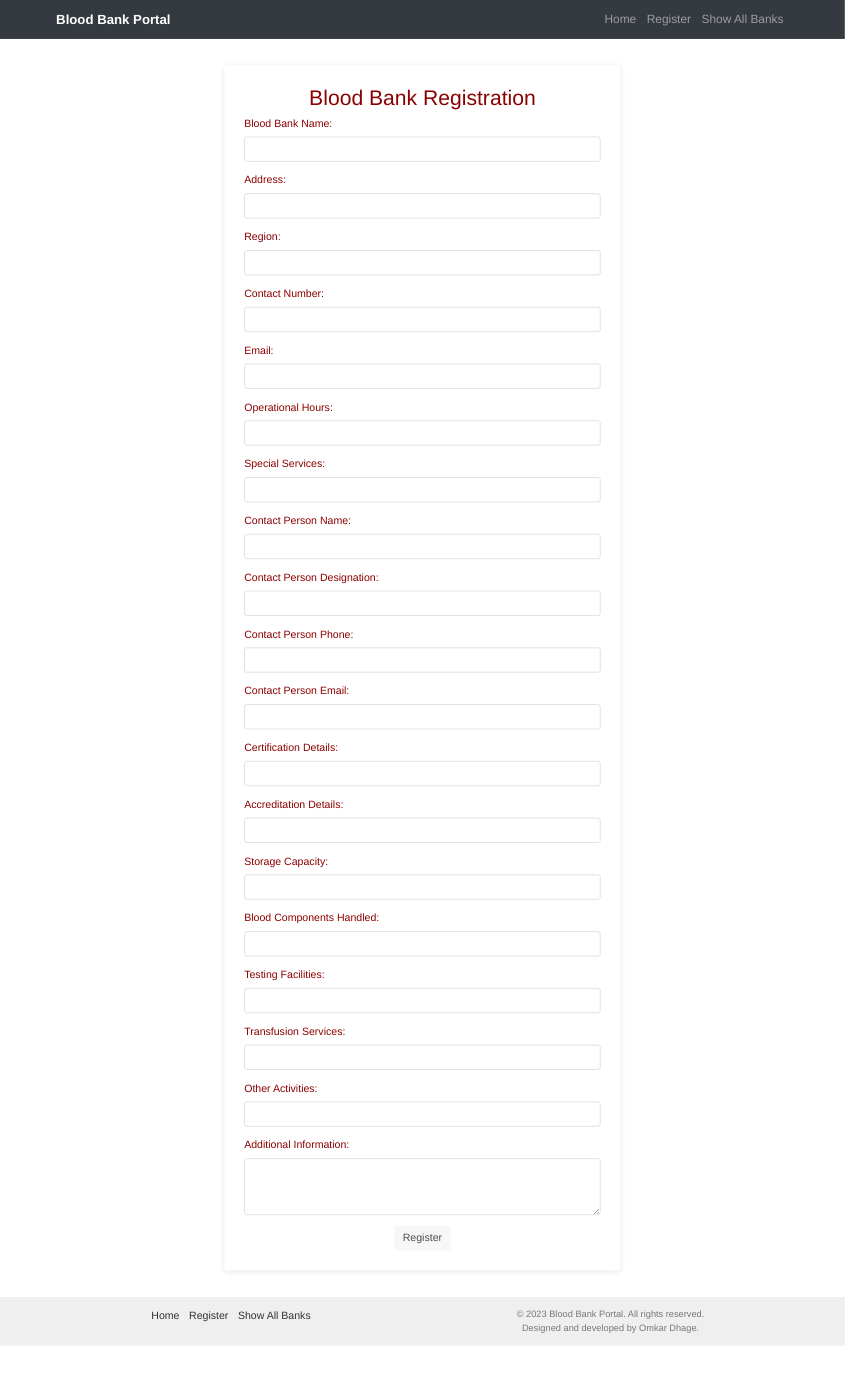
Repository: omi4535/Decentralized_Blood_Bank_System
Page: http://localhost/blood_bank_system/registration.jsp
These files come from the project's save history. The page is drawn as it stood at one moment and after the next save; the edit follows.
The browser window is 1280 px wide. The pictures show the whole page, at 66% of full size.
Some web libraries are served in a nearby version. The page is served by Tomcat 9. Other server files are loaded and not shown.

Above is the page before, as saved 2023-07-03 10:30:24.

### blood bank system/src/main/webapp/registration.jsp
<%@ page language="java" contentType="text/html; charset=UTF-8"
	pageEncoding="UTF-8"%>
<!DOCTYPE html>
<html lang="en">

<head>
<meta charset="UTF-8">
<meta name="viewport" content="width=device-width, initial-scale=1.0">
<title>Blood Bank Registration</title>
<link rel="stylesheet"
	href="https://stackpath.bootstrapcdn.com/bootstrap/4.5.0/css/bootstrap.min.css">
<style>
body {
	background-color: #F5F5F5;
}

.form_regi {
	color: #8B0000;
}

.containe {
	max-width: 600px;
	margin: 40px auto;
	padding: 30px;
	border-radius: 5px;
	box-shadow: 0px 2px 10px rgba(0, 0, 0, 0.1);
}

h2 {
	margin-bottom: 30px;
	text-align: center;
}

.custom-button {
    background-color: #F5F5F5;
    color: #fff;
    border: none;
    padding: 10px 20px;
    font-size: 16px;
    transition: background-color 0.3s ease;
}

.custom-button:hover {
    background-color: #0056b3;
    cursor: pointer;
}

.custom-button:not(:hover) {
    background-color: #F5F5F5;
    opacity: 0.7;
    cursor: default;
    color: #000; /* Change text color to black */
}

.btn-register {
	background-color: #000000;
	color: #fff;
	border: none;
	padding: 10px 20px;
	font-size: 16px;
	transition: background-color 0.3s ease;
}

.btn-register:hover {
	background-color: #c82333;
	color:#ffffff
}

.btn-back{
background-color: #6c2020;
}
.form {
	background-color: #D50000;
}
</style>
</head>

<body>

<%@ include file="NavBar.jsp"%>

	<div class="containe">
		<div class="form_regi">
			<h2>Blood Bank Registration</h2>
			<form method="post" action="register">
				<div class="form-group">
					<label for="name">Blood Bank Name:</label> <input type="text"
						class="form-control" name="name" required>
				</div>
				<div class="form-group">
					<label for="address">Address:</label> <input type="text"
						class="form-control" name="address" required>
				</div>
				<div class="form-group">
					<label for="region">Region:</label> <input type="text"
						class="form-control" name="region" required>
				</div>
				<div class="form-group">
					<label for="contactNumber">Contact Number:</label> <input
						type="tel" class="form-control" name="contactNumber" required>
				</div>
				<div class="form-group">
					<label for="email">Email:</label> <input type="email"
						class="form-control" name="email" required>
				</div>
				<div class="form-group">
					<label for="operationalHours">Operational Hours:</label> <input
						type="text" class="form-control" name="operationalHours" required>
				</div>
				<div class="form-group">
					<label for="specialServices">Special Services:</label> <input
						type="text" class="form-control" name="specialServices" required>
				</div>
				<div class="form-group">
					<label for="contactPersonName">Contact Person Name:</label> <input
						type="text" class="form-control" name="contactPersonName" required>
				</div>
				<div class="form-group">
					<label for="contactPersonDesignation">Contact Person
						Designation:</label> <input type="text" class="form-control"
						name="contactPersonDesignation" required>
				</div>
				<div class="form-group">
					<label for="contactPersonPhone">Contact Person Phone:</label> <input
						type="tel" class="form-control" name="contactPersonPhone" required>
				</div>
				<div class="form-group">
					<label for="contactPersonEmail">Contact Person Email:</label> <input
						type="email" class="form-control" name="contactPersonEmail"
						required>
				</div>
				<div class="form-group">
					<label for="certificationDetails">Certification Details:</label> <input
						type="text" class="form-control" name="certificationDetails"
						required>
				</div>
				<div class="form-group">
					<label for="accreditationDetails">Accreditation Details:</label> <input
						type="text" class="form-control" name="accreditationDetails"
						required>
				</div>
				<div class="form-group">
					<label for="storageCapacity">Storage Capacity:</label> <input
						type="number" class="form-control" name="storageCapacity" required>
				</div>
				<div class="form-group">
					<label for="bloodComponentsHandled">Blood Components
						Handled:</label> <input type="text" class="form-control"
						name="bloodComponentsHandled" required>
				</div>
				<div class="form-group">
					<label for="testingFacilities">Testing Facilities:</label> <input
						type="text" class="form-control" name="testingFacilities" required>
				</div>
				<div class="form-group">
					<label for="transfusionServices">Transfusion Services:</label> <input
						type="text" class="form-control" name="transfusionServices"
						required>
				</div>
				<div class="form-group">
					<label for="otherActivities">Other Activities:</label> <input
						type="text" class="form-control" name="otherActivities" required>
				</div>
				<div class="form-group">
					<label for="additionalInformation">Additional Information:</label>
					<textarea class="form-control" name="additionalInformation"
						rows="3"></textarea>
				</div>
				<div class="text-center">
					<button type="submit" class=" custom-button btn btn-register  btn-back">Register</button>
				</div>
			</form>
		</div>

	</div>

	<%@ include file="footer.jsp"%>


	<script src="https://code.jquery.com/jquery-3.5.1.slim.min.js"></script>
	<script
		src="https://cdn.jsdelivr.net/npm/@popperjs/core@2.5.3/dist/umd/popper.min.js"></script>
	<script
		src="https://stackpath.bootstrapcdn.com/bootstrap/4.5.0/js/bootstrap.min.js"></script>
</body>

</html>

### blood bank system/src/main/webapp/NavBar.jsp
<%@ page language="java" contentType="text/html; charset=UTF-8"
    pageEncoding="UTF-8"%>
<!DOCTYPE html>
<html>
<head>
    <meta charset="UTF-8">
    <meta name="viewport" content="width=device-width, initial-scale=1.0">
    <title>Blood Bank Portal</title>
    <link rel="stylesheet" href="https://maxcdn.bootstrapcdn.com/bootstrap/4.5.2/css/bootstrap.min.css">
    <style>
        .navbar-brand {
            font-weight: bold;
        }

        .navbar-nav .nav-link {
            font-size: 18px;
        }
    </style>
</head>
<body>
    <nav class="navbar navbar-expand-lg navbar-dark bg-dark">
        <div class="container">
            <a class="navbar-brand" href="index.jsp">Blood Bank Portal</a>
            <button class="navbar-toggler" type="button" data-toggle="collapse" data-target="#navbarNav" aria-controls="navbarNav" aria-expanded="false" aria-label="Toggle navigation">
                <span class="navbar-toggler-icon"></span>
            </button>
            <div class="collapse navbar-collapse" id="navbarNav">
                <ul class="navbar-nav ml-auto">
                    <li class="nav-item">
                        <a class="nav-link" href="#">Home</a>
                    </li>
                    <li class="nav-item">
                        <a class="nav-link" href="registration.jsp">Register</a>
                    </li>
                    <li class="nav-item">
                        <a class="nav-link" href="${pageContext.request.contextPath}/All_banks">Show All Banks</a>
                    </li>
                </ul>
            </div>
        </div>
    </nav>

</body>
</html>

### blood bank system/src/main/webapp/footer.jsp
<%@ page language="java" contentType="text/html; charset=UTF-8"
	pageEncoding="UTF-8"%>
<!DOCTYPE html>
<html lang="en">
<head>
<meta charset="UTF-8">
<meta name="viewport" content="width=device-width, initial-scale=1.0">
<title>Blood Bank Portal</title>
<link rel="stylesheet"
	href="https://maxcdn.bootstrapcdn.com/bootstrap/4.5.2/css/bootstrap.min.css">
<style>

*,
*:before,
*:after {
  -webkit-box-sizing: border-box;
  -moz-box-sizing:    border-box;
  box-sizing:         border-box;
}

html {
  height: 100%;
}

body {
  position: relative;
  margin: 0;
  padding-bottom: 4rem;
  min-height: 100%;
  font-family: "Helvetica Neue", Arial, sans-serif;
}

.footer {
	background-color: #f8f9fa;
	padding: 20px;
	position: relative;
	right: 0;
	bottom: 0;
	left: 0;
	padding: 1rem;
	background-color: #efefef;
	text-align: center;
}

.footer-links a {
	color: #333;
	margin-right: 10px;
}

.footer-info {
	color: #777;
	font-size: 14px;
}
</style>
</head>
<body>


	<footer class="footer">
		<div class="container">
			<div class="row">
				<div class="col-md-6">
					<div class="footer-links">
						<a href="index.jsp">Home</a> <a href="registration.jsp">Register</a>
						<a href="All_banks.jsp">Show All Banks</a>
					</div>
				</div>
				<div class="col-md-6">
					<div class="footer-info">
						&copy; 2023 Blood Bank Portal. All rights reserved. <br>
						Designed and developed by Omkar Dhage.
					</div>
				</div>
			</div>
		</div>
	</footer>

	<script src="https://code.jquery.com/jquery-3.5.1.slim.min.js"></script>
	<script
		src="https://cdn.jsdelivr.net/npm/@popperjs/core@1.16.0/dist/umd/popper.min.js"></script>
	<script
		src="https://maxcdn.bootstrapcdn.com/bootstrap/4.5.2/js/bootstrap.min.js"></script>
</body>
</html>

After the next save:
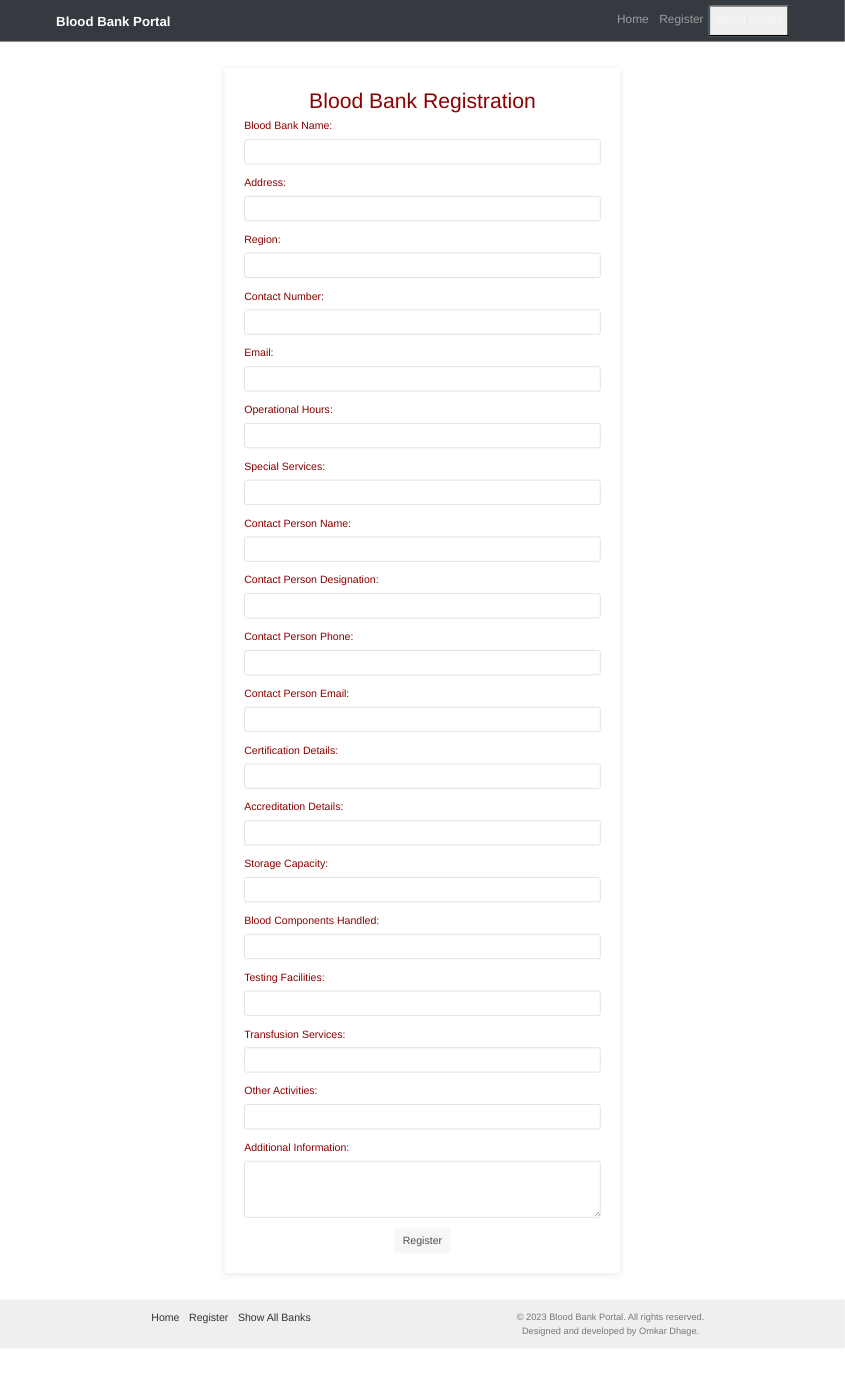
Saved 2 min 25 s later.
--- a/blood bank system/src/main/webapp/NavBar.jsp
+++ b/blood bank system/src/main/webapp/NavBar.jsp
@@ -33,7 +33,13 @@
                         <a class="nav-link" href="registration.jsp">Register</a>
                     </li>
                     <li class="nav-item">
-                        <a class="nav-link" href="${pageContext.request.contextPath}/All_banks">Show All Banks</a>
+                    	<form>
+                    		<button class="nav-link" >
+                    		Blood Banks
+
+</button>
+                    	</form>
+
                     </li>
                 </ul>
             </div>
